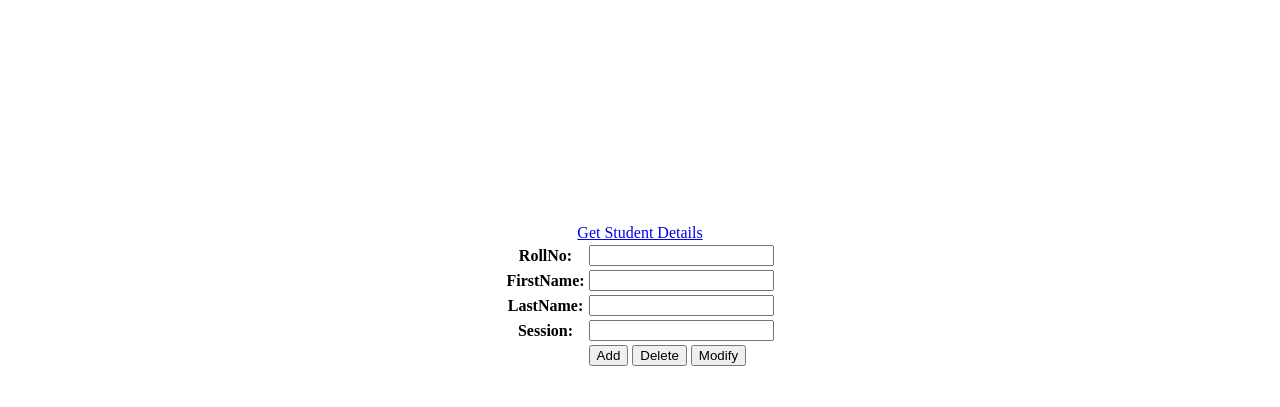
Repository: TraptiBhagat/AdvanceJava
Page: http://localhost/Student_Proj/StudentView.jsp
These files come from the project's save history. The page is drawn as it stood at one moment and after the next save; the edit follows.
The browser window is 1280 px wide. The pictures show the whole page.
The page is served by Tomcat 9.

Above is the page before, as saved 2022-03-25 12:35:23.

After the next save:
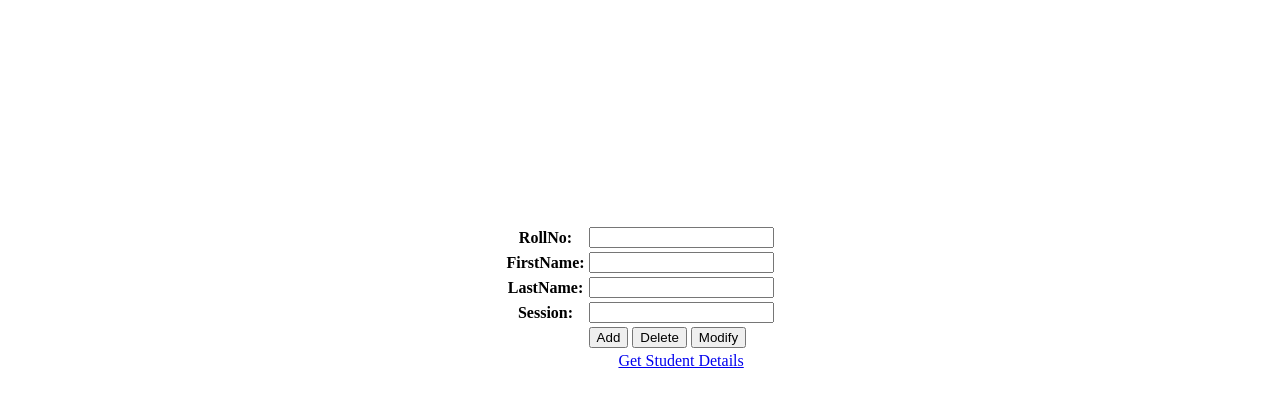
Saved 82 s later.
--- a/Advance workspace/Student_Proj/src/main/webapp/StudentView.jsp
+++ b/Advance workspace/Student_Proj/src/main/webapp/StudentView.jsp
@@ -34,7 +34,12 @@
 					type="submit" value="Modify" name="operation"></td>
 			</tr>
 			<tr>
-			  <center><a href="GetStudentView.jsp">Get Student Details</a></center>
+				<th></th>
+				<td>
+					<center>
+						<a href="GetStudentView.jsp">Get Student Details</a>
+					</center>
+				</td>
 			</tr>
 
 		</table>
